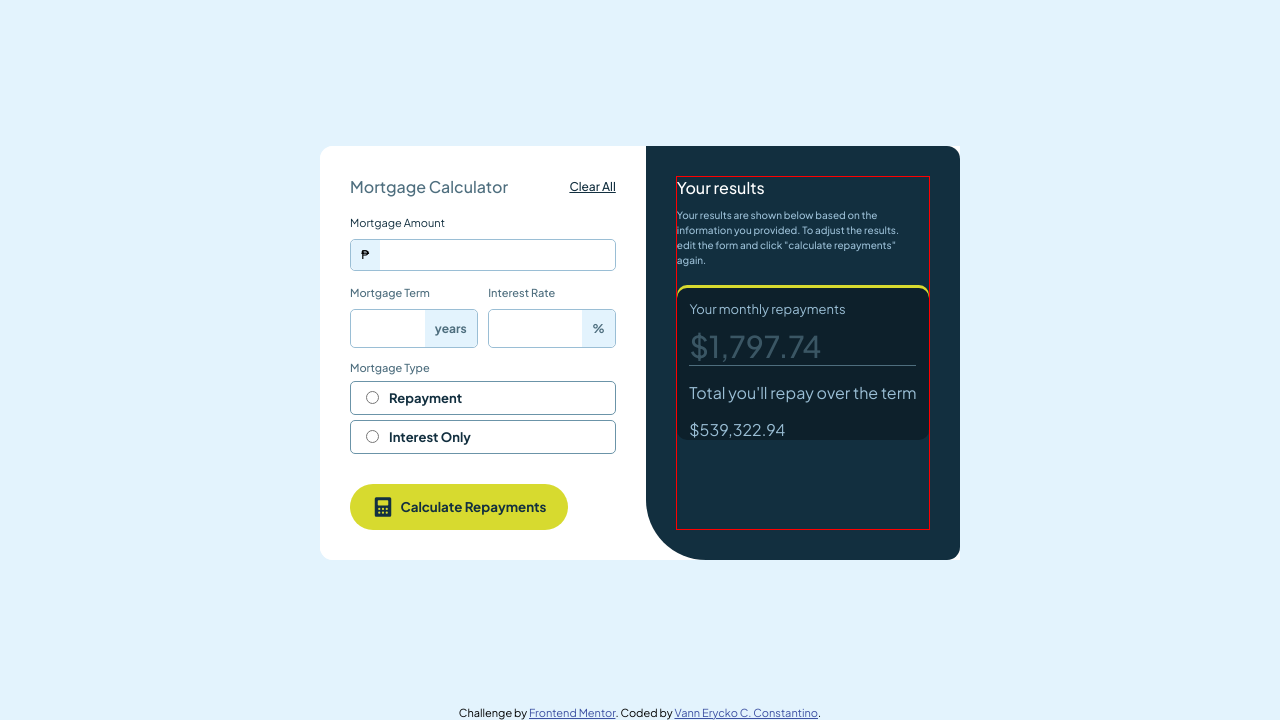
Repository: kocokoy/mortgage-repayment-calculator
Page: index.html
An editor plug-in stored every save of this project. The page is shown before and after the next save, followed by the edit.
The browser window is 1280 px wide. The pictures show the whole page.

Above is the page before, as saved 2024-10-30 14:49:46.

After the next save:
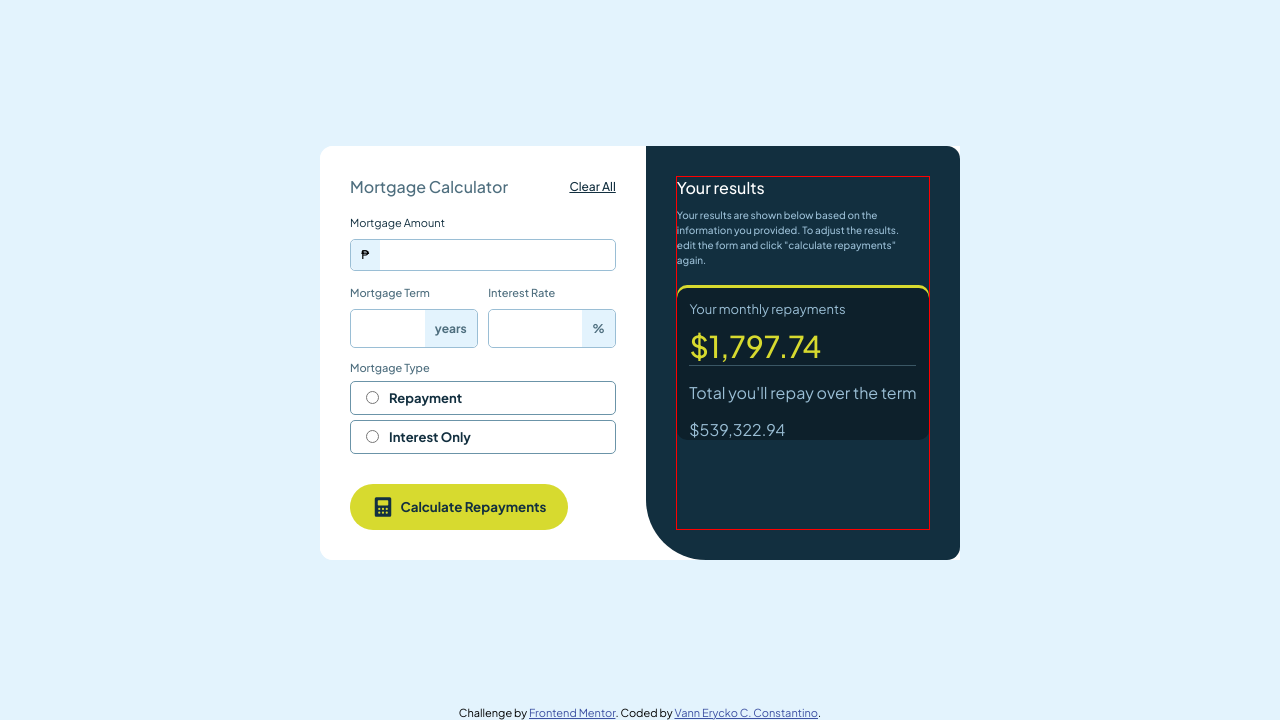
Saved 25 s later.
--- a/styles/style.css
+++ b/styles/style.css
@@ -364,7 +364,7 @@ input[type="radio"]{
 }
 
 .result-populate-repayment-monthly{
-  border-bottom: 1px solid var(--slate700);
+  border-bottom: 1px solid hsla(200, 24%, 40%, 0.7);
   display: flex;
   flex-direction: column;
   width: 90%;
@@ -375,6 +375,6 @@ input[type="radio"]{
 }
 .result-populate-repayment-monthly div{
   font-size: 30px;
-  color: hsla(200, 24%, 40%, 0.7);
-  font-weight: 500;
-}
+  color: var(--lime);
+  font-weight: 500;
+}
